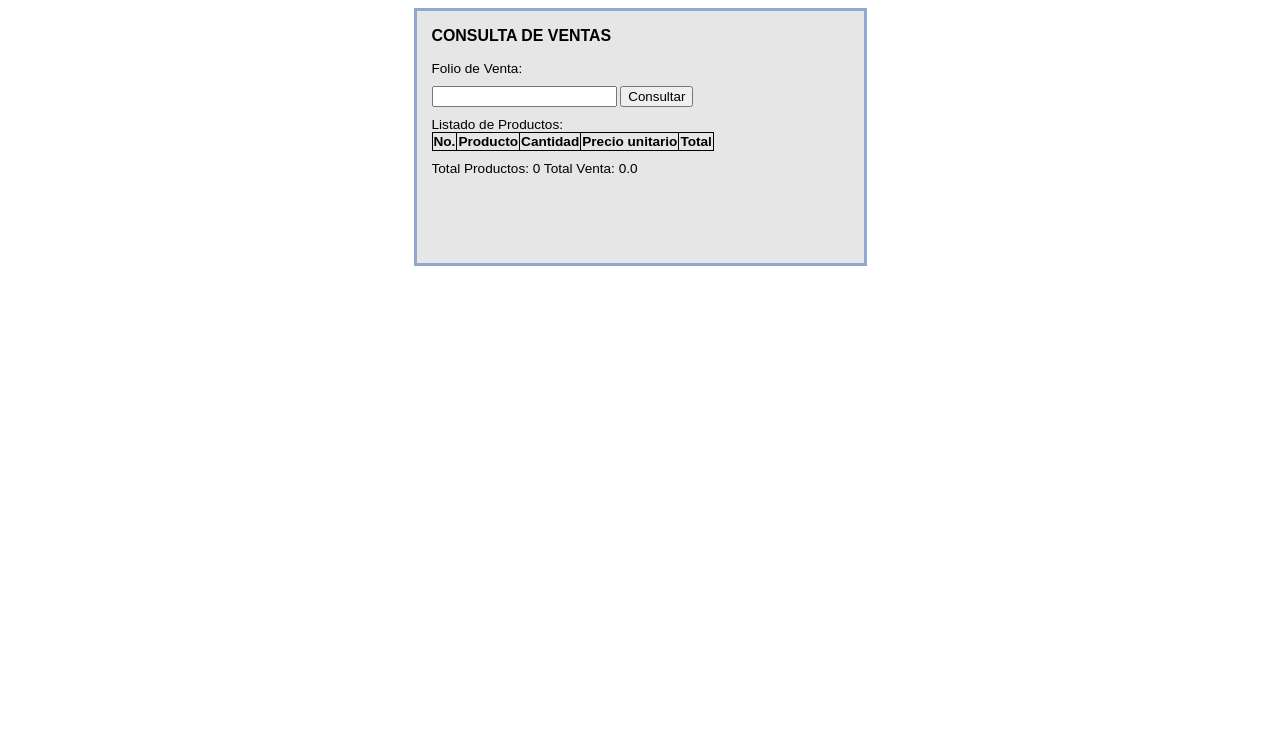
Repository: juanmondragonc/torre-project
Page: http://localhost/torre/sales
An editor plug-in stored every save of this project. The page is shown before and after the next save, followed by the edit.
The browser window is 1280 px wide. The pictures show the whole page.
The page is served by Tomcat 9. The session is filled in as if someone had signed in: {"username": "testuser"}. Other server files are loaded and not shown. Queries for data that is not in the repository find no rows.

Above is the page before, as saved 2022-08-10 21:02:31.

### torre/src/main/webapp/index.jsp
<%@ taglib prefix="c" uri="http://java.sun.com/jsp/jstl/core" %>
<%@ page language="java" contentType="text/html; charset=UTF-8" pageEncoding="UTF-8"%>
<%
	if(session.getAttribute("username")==null){
		response.sendRedirect("login.jsp");
	}
%>

<!DOCTYPE html>
<html>
<head>
	<link rel="stylesheet" href="css/style.css">
</head>
<body>
	<div class="container">
		<div class="section-sale">
			<form method="get" action="sales">
			<h3>CONSULTA DE VENTAS</h3>
				<div class="form-group">
					<label>Folio de Venta:</label>
				</div>
				<div class="form-group">
					<input type="text" name="invoice" id="invoice" />
					<input type="submit" value="Consultar"/>
				</div>
			</form>
			<div class="table-gorup">
				<label>Listado de Productos:</label>
			</div>
			<table>
			  <tr>
			    <th>No.</th>
			    <th>Producto</th>
			    <th>Cantidad</th>
			    <th>Precio unitario</th>
			    <th>Total</th>
			  </tr>
				<c:forEach var="product" items="${Products}">
					<tr>
						<td>${product.pos}</td>
						<td>${product.product}</td>
						<td>${product.quantity}</td>
						<td>${product.price}</td>
						<td>${product.quantity * product.price}</td>
					</tr>
			  	</c:forEach>
			</table>
			<div class="total-group">
				<label>Total Productos: <c:out value="${Items}"/></label>
				<label>Total Venta: <c:out value="${Sale}"/></label>
			</div>
		</div>
	</div>
</body>
</html>

### torre/src/main/java/com/torre/sales/SalesServlet.java
package com.torre.sales;

import java.io.IOException;
import java.sql.Connection;
import java.sql.DriverManager;
import java.sql.PreparedStatement;
import java.sql.ResultSet;
import java.util.ArrayList;
import java.util.List;

import javax.servlet.ServletException;
import javax.servlet.annotation.WebServlet;
import javax.servlet.http.HttpServlet;
import javax.servlet.http.HttpServletRequest;
import javax.servlet.http.HttpServletResponse;

import com.torre.model.Invoice;

@WebServlet("/sales")
public class SalesServlet extends HttpServlet {
	private static final long serialVersionUID = 1L;

    /**
     * @see HttpServlet#HttpServlet()
     */
    public SalesServlet() {
        super();
        // TODO Auto-generated constructor stub
    }

	/**
	 * @see HttpServlet#doGet(HttpServletRequest request, HttpServletResponse response)
	 */
	protected void doGet(HttpServletRequest request, HttpServletResponse response) throws ServletException, IOException {
		String invoice = request.getParameter("invoice");
		try {
			Class.forName("com.mysql.cj.jdbc.Driver");
			Connection conn = DriverManager.getConnection("jdbc:mysql://localhost:3306/torre_project","root","");
			PreparedStatement query = conn.prepareStatement("SELECT * FROM tb_sales WHERE invoice = ?");
			query.setString(1, invoice);
			ResultSet result = query.executeQuery();
			List<Invoice> list = new ArrayList<>();
			int pos = 1;
			int items = 0;
			float sale = 0;
			while (result.next()) {
				Invoice inv = new Invoice();
				inv.setId(result.getInt(1));
				inv.setPos(pos++);
				inv.setInvoice(result.getInt(2));
				inv.setProduct(result.getString(3));
				inv.setQuantity(result.getInt(4));
				inv.setPrice(result.getFloat(5));
				list.add(inv);
				items = items + result.getInt(4);
				sale = sale + (result.getInt(4) * result.getFloat(5));
			}
			request.setAttribute("Products", list);
			request.setAttribute("Items", items);
			request.setAttribute("Sale", sale);
			request.getRequestDispatcher("index.jsp").forward(request, response);

		}catch (Exception e){
			e.printStackTrace();
		}
	}

	/**
	 * @see HttpServlet#doPost(HttpServletRequest request, HttpServletResponse response)
	 */
	protected void doPost(HttpServletRequest request, HttpServletResponse response) throws ServletException, IOException {
		// TODO Auto-generated method stub
		doGet(request, response);
	}

}

### torre/src/main/webapp/css/style.css
 body {
 	font-family: sans-serif;
 	font-size: 0.85em;
}
 .container {
 	height: 100vh;
 	width: auto;
 	justify-content: center;
 	display: flex;
 }
 table, th, td {
	border: 1px solid black;
	border-collapse: collapse;
}
.form-group {
 	position: relative;
 	margin-bottom: 10px;
	overflow: hidden;
}
.table-group {
	position: relative;
	margin-top: 25px;
	margin-bottom: 10px;
	overflow: hidden;
}
.total-group {
	position: relative;
	margin-top: 10px;
	overflow: hidden;
}
.section-login{
	padding-left: 15px;
	width: 40vh;
	height:22vh;
	background-color: #e7e6e6;
	border-style: solid;
  	border-color: #92a8d1;
}
.section-sale{
	padding-left: 15px;
	width: 60vh;
	height:35vh;
	background-color: #e7e6e6;
	border-style: solid;
  	border-color: #92a8d1;
}
.col-25 {
	float: left;
	width: 25%;
}
.col-75 {
	float: left;
	width: 75%;
}
.center{
	align-items:center;
	text-align: center;
}

After the next save:
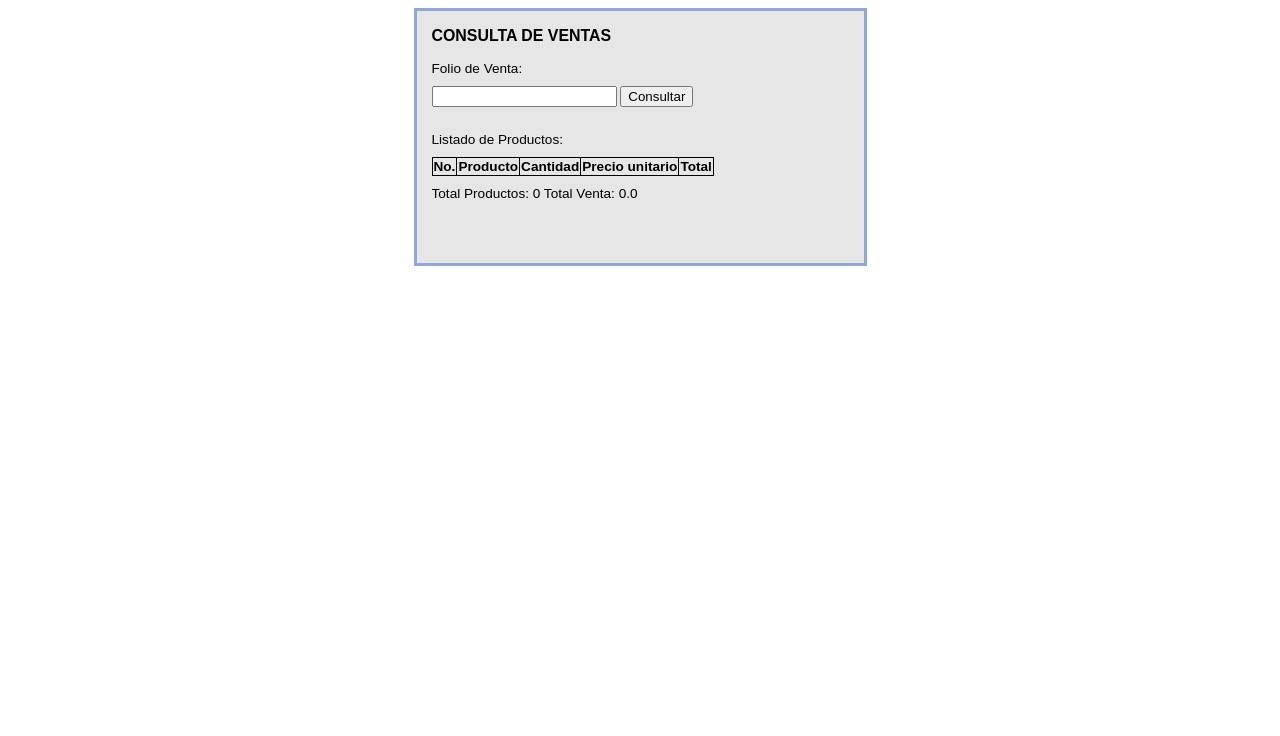
Saved 32 s later.
--- a/torre/src/main/webapp/index.jsp
+++ b/torre/src/main/webapp/index.jsp
@@ -24,7 +24,7 @@
 					<input type="submit" value="Consultar"/>
 				</div>
 			</form>
-			<div class="table-gorup">
+			<div class="table-group">
 				<label>Listado de Productos:</label>
 			</div>
 			<table>
